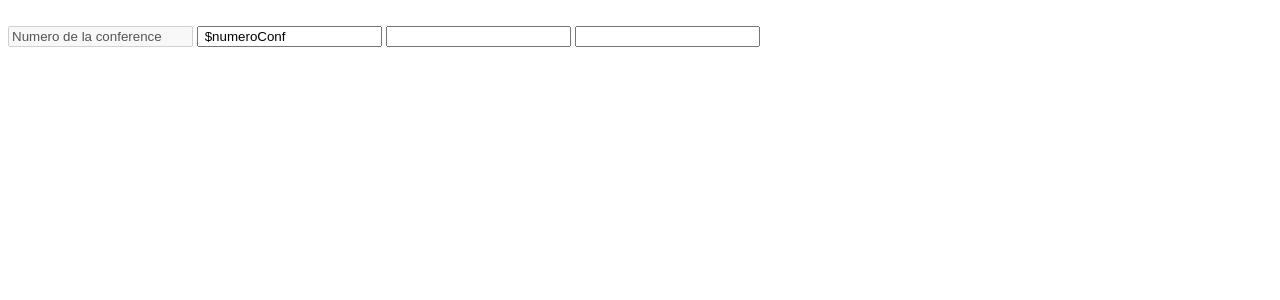
Repository: Chebani/Devoir-n2
Page: http://localhost/database/application/views/newConference.php
The author's editor kept a copy of each file at every save. The page is drawn from the files as they stood at one save, then again after the next save.
The browser window is 1280 px wide. The pictures show the whole page.
The page is run by PHP 8.4 with error messages shown; the project is at /var/www/html/.

Above is the page before, as saved 2018-10-11 17:01:51.

After the next save:
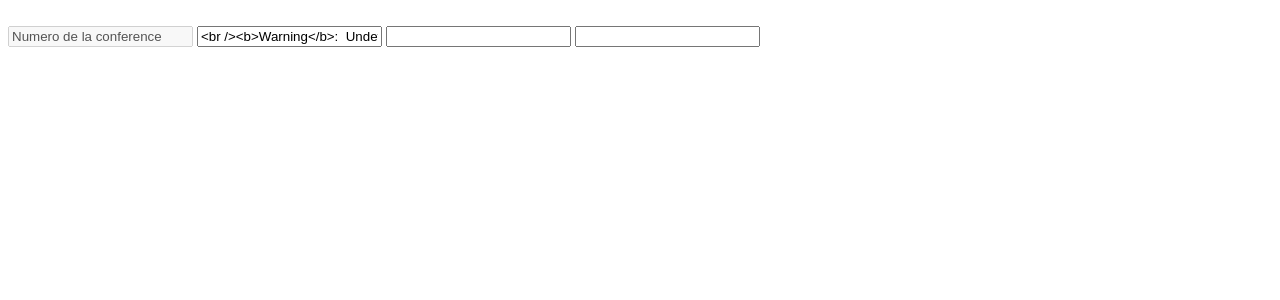
Saved 9 s later.
--- a/application/views/newConference.php
+++ b/application/views/newConference.php
@@ -1,6 +1,6 @@
 <?php ?>
   <br>
   <input type="text" value='Numero de la conference' disabled>
-  <input type="text" value=" $numeroConf">
+  <input type="text" value="<?php echo $numeroConf ?>">
   <input type="text">
   <input type="text">
